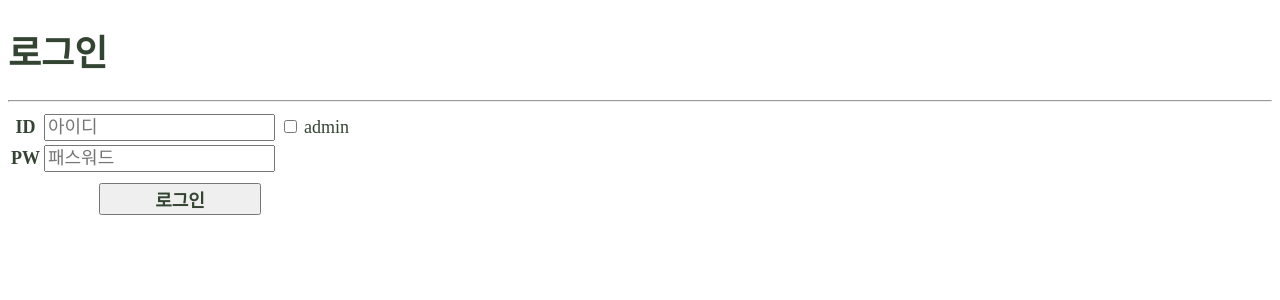
Repository: Umkimisstrong/UM_SpringMVCStudy
Page: http://localhost/mvc04/LoginForm.jsp
The author's editor kept a copy of each file at every save. The page is drawn from the files as they stood at one save, then again after the next save.
The browser window is 1280 px wide. The pictures show the whole page.
The page is served by Tomcat 9.

Above is the page before, as saved 2022-06-02 00:41:34.

### mvc04/WebContent/LoginForm.jsp
<%@ page contentType="text/html; charset=UTF-8"%>
<%@ taglib prefix="c" uri="http://java.sun.com/jsp/jstl/core"%>
<%
	request.setCharacterEncoding("UTF-8");
	String cp = request.getContextPath();
%>
<!DOCTYPE html>
<html>
<head>
<meta charset="UTF-8">
<title>LoginForm.jsp</title>
<link rel="stylesheet" type="text/css" href="css/main.css">
</head>
<body>

<!-- ===========================
      LoginForm.jsp
      - 관리자, 일반사원 로그인 폼 페이지
      - ID(employeeId), PW(ssn2) 입력.
============================= -->

<div>

	<div>
		<h1>로그인</h1>
		<hr />
	</div>

	<!-- 콘텐츠 영역 -->
	<div id="content">

		<form action="" method="post" id="loginForm">
			<table>
				<tr>
					<th>
						<label for="id">ID</label>
					</th>
					<td>
						<input type="text" id="id" name="id" placeholder="아이디" required="required"/>
						<input type="checkbox" id="admin" name="admin" value="0" />
							<label for="admin">admin</label>
					</td>
				</tr>
				<tr>
					<th>
						<label for="pw">PW</label>
					</th>
					<td>
						<input type="password" id="pw" name="pw" placeholder="패스워드" required="required"/>
					</td>
				</tr>
				<tr style="height: 5px;">
					<!-- 공간을 두기 위해 비어있는 tr -->
				</tr>
				<tr>
					<th colspan="2">
						<input type="button" value="로그인" id="submitBtn" class="btn"
						style="width: 48%"/>

					</th>
				</tr>
			</table>
		</form>
	</div>



</div>










</body>
</html>

### mvc04/WebContent/css/main.css
@charset "UTF-8";

/* ========================
	#16 main.css
	- 기본 스타일 지정
======================== */

body, p, div, span, input, table, th, td, select, textarea
{
	font-size: 18px;
	font-family: 맑은 고딕;
	color: #343;

}
a
{
	text-decoration: none;
	color: gray;
}

a:hover
{
	text-decoration: underline;
	color: red;

}
.table
{
	border-collapse: collapse;
	width: 100%;
}
.table th, .table td
{
	border: 1px solid gray;
	border-left: 0px;
	border-right: 0px;

	padding: 3px;
	line-height: 150%;
	text-align: center;
}


.table th
{
	font-weight: bold;
	background-color: #eee;
}

.table td
{
	font-size: 12pt;
}

.btn
{
	cursor: pointer;
	font-family: 맑은 고딕;
	font-weight: bold;
}

.btn:hover
{
	color: #ffffff;
	background-color: #008000;
}

After the next save:
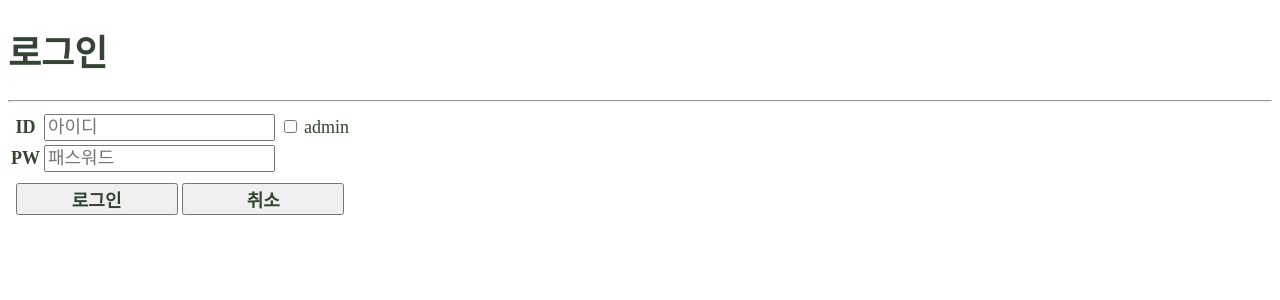
Saved 29 s later.
--- a/mvc04/WebContent/LoginForm.jsp
+++ b/mvc04/WebContent/LoginForm.jsp
@@ -56,7 +56,8 @@
 					<th colspan="2">
 						<input type="button" value="로그인" id="submitBtn" class="btn"
 						style="width: 48%"/>
-
+						<input type="reset" value="취소" id="resetBtn" class="btn"
+						style="width: 48%" />
 					</th>
 				</tr>
 			</table>
